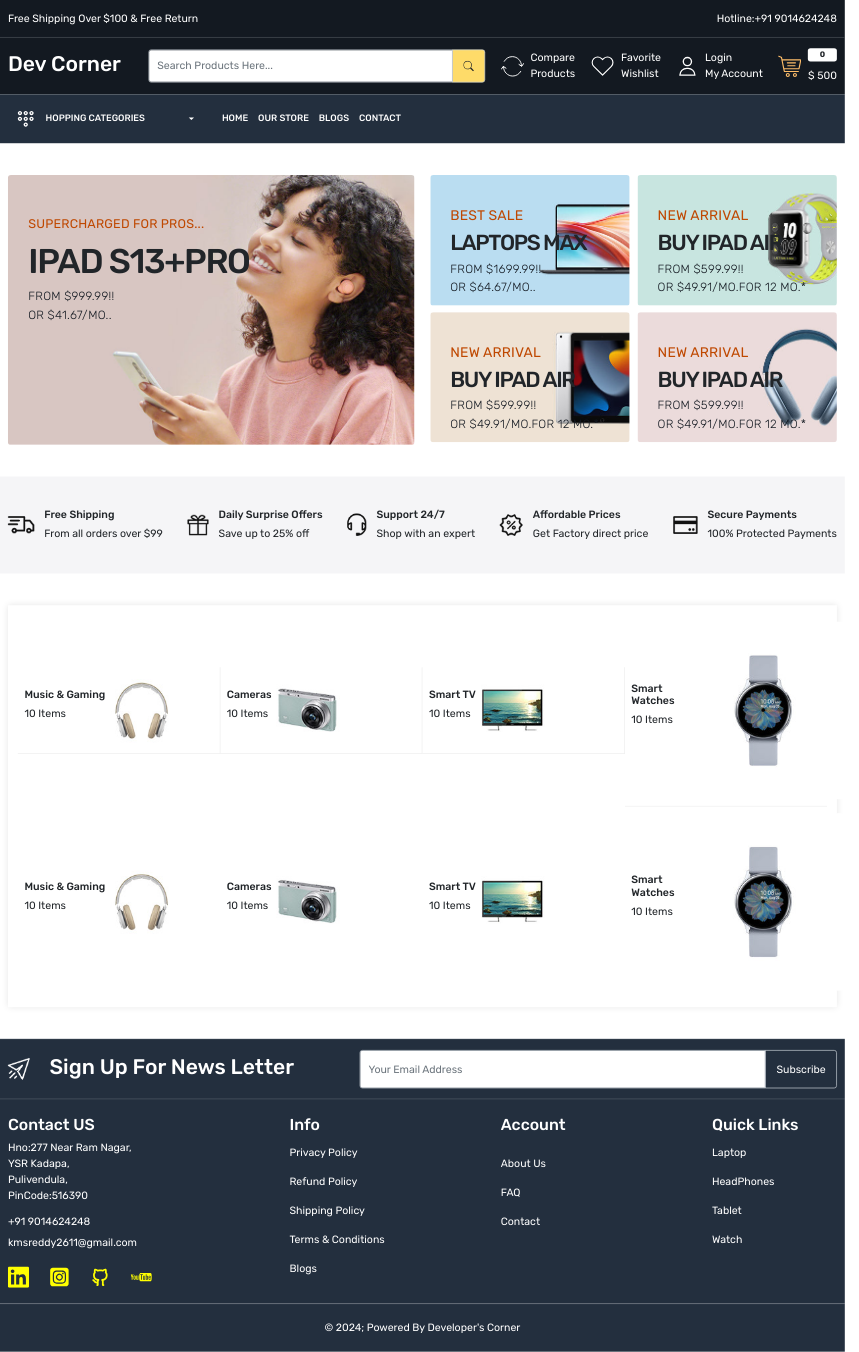
Repository: maniheist/ecommerce-app
Page: /
The author's editor kept a copy of each file at every save. The page is drawn from the files as they stood at one save, then again after the next save.
The browser window is 1280 px wide. The page is 1291 px wide, then 1301 px, so the pictures cover 1301 px, including what lies to the right of the window. The pictures show the whole page, at 66% of full size.
The project was rebuilt for these pictures with package versions that can differ from the ones it lists, and the page was loaded fresh each time. Also part of the build but not shown: src/pages/About.js, src/pages/Contact.js.

Above is the page before, as saved 2024-02-18 21:13:23.

### public/index.html
<!DOCTYPE html>
<html lang="en">
  <head>
    <meta charset="utf-8" />
    <link rel="icon" href="%PUBLIC_URL%/favicon.ico" />
    <meta name="viewport" content="width=device-width, initial-scale=1" />
    <meta name="theme-color" content="#000000" />
    <meta
      name="description"
      content="Web site created using create-react-app"
    />
    <link rel="apple-touch-icon" href="%PUBLIC_URL%/logo192.png" />

    <link rel="preconnect" href="https://fonts.googleapis.com" />
    <link rel="preconnect" href="https://fonts.gstatic.com" crossorigin />
    <link
      href="https://fonts.googleapis.com/css2?family=Rubik:ital,wght@0,300..900;1,300..900&display=swap"
      rel="stylesheet"
    />
    <link
      href="https://cdn.jsdelivr.net/npm/bootstrap@5.0.2/dist/css/bootstrap.min.css"
      rel="stylesheet"
      integrity="sha384-EVSTQN3/azprG1Anm3QDgpJLIm9Nao0Yz1ztcQTwFspd3yD65VohhpuuCOmLASjC"
      crossorigin="anonymous"
    />
    <link rel="manifest" href="%PUBLIC_URL%/manifest.json" />

    <title>React Redux App</title>
  </head>
  <body>
    <noscript>You need to enable JavaScript to run this app.</noscript>
    <div id="root"></div>
    <script
      src="https://cdn.jsdelivr.net/npm/bootstrap@5.0.2/dist/js/bootstrap.bundle.min.js"
      integrity="sha384-MrcW6ZMFYlzcLA8Nl+NtUVF0sA7MsXsP1UyJoMp4YLEuNSfAP+JcXn/tWtIaxVXM"
      crossorigin="anonymous"
    ></script>
  </body>
</html>

### src/index.js
import React from 'react';
import { createRoot } from 'react-dom/client';

import App from './App';

const container = document.getElementById('root');
const root = createRoot(container);

root.render(

      <App />

);

### src/App.js
import React from 'react';
import './App.css';
import {BrowserRouter,Routes,Route} from "react-router-dom";
import Layout from "./components/Layout";
import Home from "./pages/Home"
import About from "./pages/About"
import Contact from "./pages/Contact"

function App() {
  return (
    <>
      <BrowserRouter>
        <Routes>
        <Route path="/" element={<Layout />}>
<Route index element={<Home />} />
<Route path="about" element={<About />}/>
<Route path="contact" element={<Contact />}/>


        </Route>

        </Routes>
      </BrowserRouter>
    </>

  );
}

export default App;

### src/App.css
*{
  margin:0;
  padding:0;
  box-sizing:border-box;
}
:root{
  --color-131921:#131921;
  --color-3b4149:#3b4149;
--color-febd69:#fedb69;
--color-232f3e:#232f3e;
--color-bf4800:#bf4800;
--color-f5f5f7:#f5f5f7;
--color-ededed:#ededed;

}

.button{
  background-color:var(--color-232f3e) ;
  color: white;
  padding: 13px 33px;
  font-size: 14px;
  border-radius: 15px;
}
.button:hover{
  background-color: var(--color-febd69);
  color:#131921
}
body {
  font-family:"Rubik", sans-serif;
}
a {
  text-decoration:none;
  display:inline-block;
}

.form-control:focus{
  box-shadow:none;
  border-color: inherit;
}

/*header part*/
.header-top-strip{
  border-bottom: 1px solid var(--color-3b4149);
  background-color:var(--color-131921) ;
}

.header-upper{
  background-color: var(--color-131921);
}

.header-bottom{
  background-color: var(--color-232f3e);
}

.header-upper .input-group-text{
  background-color: var(--color-febd69);
}

.header-upper.header-upper-links img{
  width:35px;
  height: 35px;
}

.gap-10{
  gap: 10px;
}

.gap-15{
  gap: 15px;
}

.gap-30{
  gap: 30px;
}
.header-bottom .menu-links a,
.header-bottom .dropdown button
{
  color: white;
  font-size: 14px;
  line-height: 18px;
  font-weight: 480;
  letter-spacing:0.3;
  text-transform: uppercase;
}

.header-bottom .dropdown button:focus{
  box-shadow: none;
}

.header-bottom .dropdown-menu{
  background-color: var(--color-131921);
  width:100%;
  transform: translate3d(0px,57px,0px) !important;
}

.header-bottom .dropdown-item{
  padding:20px;
  margin-bottom: 3px;
  border-bottom: 1px solid var(--color-3b4149)
  ;

}
.header-bottom .dropdown-item:hover{
  background-color: transparent;
  color: var(--color-febd69) !important;
}
/*header part end */


/*footer part  */

footer{
  background-color: var(--color-232f3e);
}



footer:not(:first-child){
  border-top:1px solid rgba(255,255,255,0.1);

}

footer .input-group-text{
  background-color: var(--color-232f3e);
  color:white;
  padding:8px 17px;
}
/* footer part end */

/*Home page*/

.main-banner-content{
  top:15%;
  left:5%;
}

.main-banner-content h4{

  font-size: 19px;
  font-weight: 400;
  line-height: 24px;
  color:var(--color-bf4800);
  margin: 0 0 12px;
  letter-spacing: 0.3px;
  text-transform: uppercase;

}

.main-banner-content h5{
  font-size: 52px;
  font-weight: 500;
  line-height: 64px;
  letter-spacing: -2px;
  text-transform: none;

}

.main-banner-content p{
  font-size: 18px;
  line-height: 28px;
  letter-spacing: 0.4px;
  font-weight: 100;
  color: var(--color-131921);
}


.small-banner-content{
  top:25%;
  left:10%;
}

.small-banner-content h4{

  font-size: 21px;
  font-weight: 400;
  line-height: 24px;
  color:var(--color-bf4800);
  margin: 0 0 12px;
  letter-spacing: 0.3px;
  text-transform: uppercase;
}
.small-banner-content h5{
  font-size: 33px;
  font-weight: 500;
  line-height: 34px;
  letter-spacing: -2px;
  text-transform: none;

}

.small-banner-content p{
  font-size: 18px;
  line-height: 28px;
  letter-spacing: 0.4px;
  font-weight: 100;
  color: var(--color-131921);
}

.small-banner{
  width: 49%;

}


/* Home wrapper 2 */

.home-wrapper-2{
  background-color: var(--color-f5f5f7);

}

/* Home wrapper 2 ends */

/* categories section */

.categories{
  background-color: white;
  box-shadow: 0 0 10px #0000001a;
  padding: 15px;
}

.categories > div{
  width:25%;
  padding: 10px 20px 10px 10px;
}

.categories > div:nth-child(1),
.categories > div:nth-child(2),
.categories > div:nth-child(3),
.categories > div:nth-child(4){
  border-bottom: 1px solid var(--color-ededed) ;
}

.categories > div:nth-child(1),
.categories > div:nth-child(2),
.categories > div:nth-child(3){
  border-right: 1px solid var(--color-ededed) ;
}
/* categories end */

/* Home Page End */

### src/components/Layout.js
import React from 'react'
import {Outlet} from "react-router-dom";
import Header from "./Header";
import Footer from "./Footer";
const Layout = () => {
  return (
    <>
            <Header />
            <Outlet />
            <Footer />

    </>
  )
}

export default Layout

### src/pages/Home.js
import React from 'react'
import {Link} from 'react-router-dom';
const Home = () => {
  return <>
    <section className='home-wrapper-1 py-5'>
      <div className='container-xxl'>
      <div className='row'>
        <div className='col-6'>
          <div className='main-banner position-relative'>
            <img src='images/main-banner-1.jpg' className='img-fluid rounded-3' alt='main banner' />
            <div className='main-banner-content position-absolute'>
              <h4>SUPERCHARGED FOR PROS...</h4>
              <h5>IPAD S13+PRO</h5>
              <p>FROM $999.99!! <br /> OR $41.67/MO..</p>
            </div>


          </div>
        </div>
        <div className='col-6'>
          <div className='d-flex flex-wrap gap-10 justify-content-between align-items-center'>
             <div className='small-banner position-relative'>
            <img src='images/catbanner-01.jpg' className='img-fluid rounded-3' alt='small banner' />
            <div className='small-banner-content position-absolute'>
              <h4>BEST SALE</h4>
              <h5>LAPTOPS MAX</h5>
              <p>FROM $1699.99!!<br />OR $64.67/MO..</p>
            </div>

          </div>



          <div className='small-banner position-relative'>
            <img src='images/catbanner-02.jpg' className='img-fluid rounded-3' alt='small banner' />
            <div className='small-banner-content position-absolute'>
              <h4>NEW ARRIVAL</h4>
              <h5>BUY IPAD AIR</h5>
              <p>FROM $599.99!!<br />OR $49.91/MO.FOR 12 MO.*</p>
            </div>

          </div>
          <div className='small-banner position-relative'>
            <img src='images/catbanner-03.jpg' className='img-fluid rounded-3' alt='small banner' />
            <div className='small-banner-content position-absolute'>
              <h4>NEW ARRIVAL</h4>
              <h5>BUY IPAD AIR</h5>
              <p>FROM $599.99!!<br />OR $49.91/MO.FOR 12 MO.*</p>
            </div>

          </div>
          <div className='small-banner position-relative'>
            <img src='images/catbanner-04.jpg' className='img-fluid rounded-3' alt='small banner' />
            <div className='small-banner-content position-absolute'>
              <h4>NEW ARRIVAL</h4>
              <h5>BUY IPAD AIR</h5>
              <p>FROM $599.99!!<br />OR $49.91/MO.FOR 12 MO.*</p>
            </div>

          </div>
          </div>
          </div>
        </div>
      </div>
    </section>

    <section className='home-wrapper-2 py-5'>
      <div className='container-xxl'>
        <div className='row'>
          <div className='col-12'>
            <div className='services d-flex align-items-center justify-content-between'>
            <div className='d-flex align-items-center gap-15'><img src="images/service.png" alt="services" />
            <div>
            <h6>Free Shipping</h6>
            <p className='mb-0'>From all orders over $99</p>
            </div>
            </div>
            <div className='d-flex align-items-center gap-15'><img src="images/service-02.png" alt="services" />
            <div>
            <h6>Daily Surprise Offers</h6>
            <p className='mb-0'>Save up to 25% off</p>
            </div>
            </div>
            <div className='d-flex align-items-center gap-15'><img src="images/service-03.png" alt="services" />
            <div>
            <h6>Support 24/7</h6>
            <p className='mb-0'>Shop with an expert</p>
            </div>
            </div>
            <div className='d-flex align-items-center gap-15'><img src="images/service-04.png" alt="services" />
            <div>
            <h6>Affordable Prices</h6>
            <p className='mb-0'>Get Factory direct price</p>
            </div>
            </div>
            <div className='d-flex align-items-center gap-15'><img src="images/service-05.png" alt="services" />
            <div>
            <h6>Secure Payments</h6>
            <p className='mb-0'>100% Protected Payments</p>
            </div>
            </div>

            </div>
          </div>
        </div>
      </div>
    </section>

    <section className='hame-wrapper-2 py-5'>
      <div className='container-xxl'>
        <div className='row'>
          <div className='col-12'>
          <div className='categories d-flex justify-content-between flex-wrap align-items-center'>
          <div className='d-flex gap align-items-center'>
            <div >
              <h6>Music & Gaming</h6>
              <p>10 Items</p>
            </div>
            <img src='images/headphone.jpg' alt='camera'/>

          </div>
          <div className='d-flex gap align-items-center'>
            <div >
              <h6>Cameras</h6>
              <p>10 Items</p>
            </div>
            <img src='images/camera.jpg' alt='camera'/>

          </div>
          <div className='d-flex gap align-items-center'>
            <div >
              <h6>Smart TV</h6>
              <p>10 Items</p>
            </div>
            <img src='images/tv.jpg' alt='camera'/>

          </div>
          <div className='d-flex gap align-items-center'>
            <div >
              <h6>Smart Watches</h6>
              <p>10 Items</p>
            </div>
            <img src='images/watch.jpg' alt='camera'/>

          </div>

            <div className='d-flex gap align-items-center'>
            <div >
              <h6>Music & Gaming</h6>
              <p>10 Items</p>
            </div>
            <img src='images/headphone.jpg' alt='camera'/>

          </div>
          <div className='d-flex gap align-items-center'>
            <div >
              <h6>Cameras</h6>
              <p>10 Items</p>
            </div>
            <img src='images/camera.jpg' alt='camera'/>

          </div>
          <div className='d-flex gap align-items-center'>
            <div >
              <h6>Smart TV</h6>
              <p>10 Items</p>
            </div>
            <img src='images/tv.jpg' alt='camera'/>

          </div>
          <div className='d-flex gap align-items-center'>
            <div >
              <h6>Smart Watches</h6>
              <p>10 Items</p>
            </div>
            <img src='images/watch.jpg' alt='camera'/>

          </div>

          </div>

          </div>
        </div>
      </div>
    </section>
  </>
}

export default Home

### src/components/Header.js
import React from 'react'
import {NavLink,Link} from "react-router-dom"
import {BsSearch} from "react-icons/bs"
const Header = () => {
  return <>
  <header className='header-top-strip py-3'>
    <div className='container-xxl'>
      <div className='row'>
        <div className='col-6'>
          <p className='text-white mb-0'>Free Shipping Over $100 & Free Return</p>
        </div>
        <div className='col-6'>
          <p className='text-end text-white mb-0'>
            Hotline:
            <a className='text-white' href='tel:+9014624248'>+91 9014624248</a>
          </p>
        </div>
      </div>
    </div>
  </header>
  <header className='header-upper py-3'>
    <div className='container-xxl'>
      <div className='row align-items-center'>
        <div className='col-2'>
          <h2><Link className='text-white'>
            Dev Corner
          </Link></h2>
        </div>
        <div className='col-5'>
          <div className="input-group">
  <input type="text" className="form-control py-2" placeholder="Search Products Here..." aria-label="Search Products Here..." aria-describedby="basic-addon2"/>
  <span className="input-group-text p-3" id="basic-addon2"><BsSearch className='fs-6' /></span>
</div>
        </div>
        <div className='col-5'>
          <div className='header-upper-links d-flex align-items-center justify-content-between'>
            <div>
              <Link className='d-flex align-items-center gap-10 text-white'>
              <img src="/images/compare.svg" alt='compare' />
                <p className='mb-0'>Compare <br /> Products</p>
              </Link>
            </div>
            <div>
              <Link className='d-flex align-items-center gap-10 text-white'>
              <img src="/images/wishlist.svg" alt='wishlist' />
                <p className='mb-0'>Favorite <br /> Wishlist</p>
              </Link>
            </div>
            <div>
              <Link className='d-flex align-items-center gap-10 text-white'>
              <img src="/images/user.svg" alt='user' />
                <p className='mb-0'>Login <br /> My Account</p>
              </Link>
            </div>
            <div>
              <Link className='d-flex align-items-center gap-10 text-white'>
            <img src="/images/cart.svg" alt='cart' />
                <div className='d-flex flex-column gap-10'>
                <span className='badge bg-white text-dark'>0</span>
                <p className='mb-0'>$ 500</p>

                </div>
              </Link>
            </div>
          </div>
        </div>
      </div>
    </div>
  </header>
<header className='header-bottom py-3'>
  <div className='container-xxl'>
    <div className='row'>
      <div className='col-12'>
        <div className='menu-bottom d-flex align-items-center gap-30'>
        <div>
          <div className="dropdown">
  <button className="btn btn-secondary dropdown-toggle bg-transparent border-0 gap-15 d-flex align-items-center" type="button" id="dropdownMenuButton1" data-bs-toggle="dropdown" aria-expanded="false">
    <img src="images/menu.svg" alt=""/><span className='me-5 d-inline-blocto'>hopping Categories</span>
  </button>
  <ul className="dropdown-menu" aria-labelledby="dropdownMenuButton1">
    <li><to className="dropdown-item text-white" to="">Pants</to></li>
    <li><to className="dropdown-item text-white" to="">Shirts</to></li>
    <li><to className="dropdown-item text-white" to="">Shorts</to></li>
  </ul>
</div>
        </div>
        <div className='menu-links'>
          <div className='d-flex align-items-center gap-15'>
            <NavLink className='text-white' to="/">Home</NavLink>
            <NavLink className='text-white' to="/">Our Store</NavLink>
            <NavLink className='text-white' to="/">Blogs</NavLink>
            <NavLink className='text-white' to="/contact">Contact</NavLink>
          </div>
        </div>

        </div>
      </div>
    </div>
  </div>
</header>


  </>
}

export default Header

### src/components/Footer.js

import React from 'react'
import { SiLinkedin } from "react-icons/si";
import { RiGithubLine } from "react-icons/ri";
import { ImYoutube2 } from "react-icons/im";
import { FaSquareInstagram } from "react-icons/fa6";
import {Link} from 'react-router-dom';
const Footer = () => {
  return <>
    <footer className='py-3'>
        <div className='container-xxl'>
            <div className='row align-items-center'>
                <div className='col-5'>
                    <div className='footer-top-data d-flex gap-30 align-items-center'>
                        <img src="images/newsletter.png" alt="newsletter" />
                        <h2 className='text-white'>Sign Up For News Letter</h2>
                    </div>
                </div>
                <div className='col-7'>
                    <div className="input-group">
  <input type="text" className="form-control py-1" placeholder="Your Email Address" aria-label="Your Email Address..." aria-describedby="basic-addon2"/>
  <span className="input-group-text p-3" id="basic-addon2">Subscribe</span>
</div>
                </div>
            </div>
        </div>
    </footer>
    <footer className='py-4'>
        <div className='container-xxl'>
            <div className="row">
                <div className='col-4'>
                <h4 className="text-white">Contact US</h4>
                <div>
                    <address className='text-white fs-6'>Hno:277 Near Ram Nagar,
                    <br />YSR Kadapa, <br />Pulivendula,<br />PinCode:516390</address>

                    <a href='tel:+91 9014624248' className='mt-3 d-block mb-1 text-white'>+91 9014624248</a>
                    <a href='mailto:kmsreddy2611@gmail.com' className='mt-2 d-block mb-0 text-white'>kmsreddy2611@gmail.com</a>
                    <div className='social_icons d-flex align-items-center gap-30 mt-4'>
                    <a className="text-white" href=''>
                    <SiLinkedin className='fs-2' color="yellow"/>
                    </a>
                    <a className="text-white" href=''>
                    <FaSquareInstagram className='fs-2' color='yellow'/>
                    </a>

                    <a className="text-white" href=''>
                    <RiGithubLine className='fs-2' color='yellow'/>

                    </a>
                    <a className="text-white" href=''>
                    <ImYoutube2  className='fs-2' color="yellow"/>
                    </a>

                    </div>

                </div>
                </div>
                <div className='col-3'>
                <h4 className="text-white md-4">Info</h4>
                <div className='footer-links d-flex flex-column'>
                    <Link className="text-white py-2 mb-1">Privacy Policy</Link>
                    <Link className="text-white py-2 mb-1">Refund Policy</Link>
                    <Link className="text-white py-2 mb-1">Shipping Policy</Link>
                    <Link className="text-white py-2 mb-1">Terms & Conditions</Link>
                    <Link className="text-white py-2 mb-1">Blogs</Link>
                </div>
                </div>
                <div className='col-3'>
                <h4 className="text-white mb-4">Account</h4>
                <div className='footer-links d-flex flex-column'>
                    <Link className="text-white py-2 mb-1">About Us</Link>
                    <Link className="text-white py-2 mb-1">FAQ</Link>
                    <Link className="text-white py-2 mb-1">Contact</Link>
                </div>
                </div>
                <div className='col-2'>
                <h4 className="text-white">Quick Links</h4>
                <div className='footer-links d-flex flex-column'>
                    <Link className="text-white py-2 mb-1">Laptop</Link>
                    <Link className="text-white py-2 mb-1">HeadPhones</Link>
                    <Link className="text-white py-2 mb-1">Tablet</Link>
                    <Link className="text-white py-2 mb-1">Watch</Link>
                </div>
                </div>
            </div>
        </div>
    </footer>
    <footer className='py-4'>
        <div className='container-xxl'>
            <div className='row'>
                <div className='col-12'>
                <p className='text-center mb-0 text-white'>&copy; { new Date().getFullYear()}; Powered By Developer's Corner</p>

                </div>
            </div>
        </div>
    </footer>
  </>


}

export default Footer

After the next save:
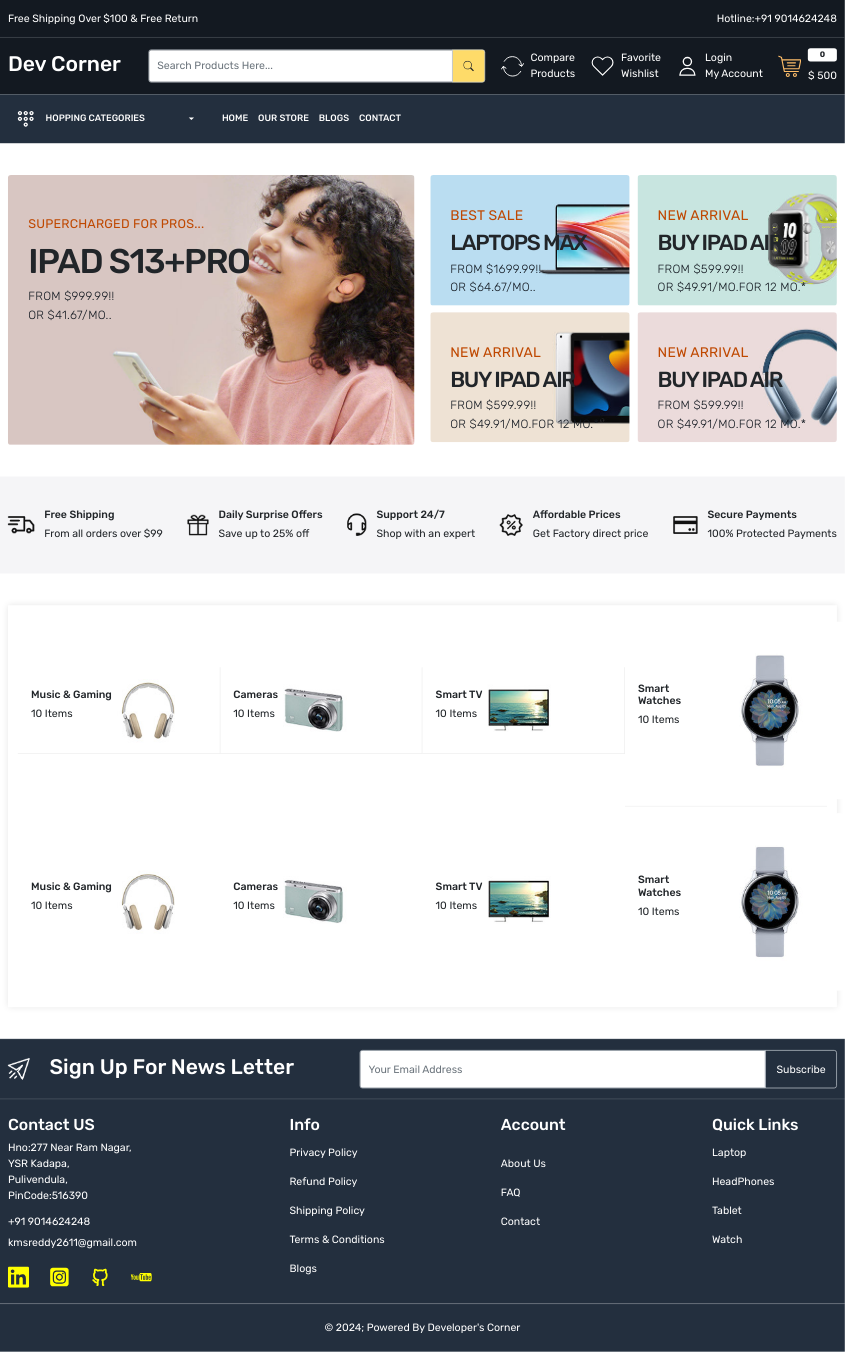
Saved 19 s later.
--- a/src/App.css
+++ b/src/App.css
@@ -221,7 +221,7 @@
 
 .categories > div{
   width:25%;
-  padding: 10px 20px 10px 10px;
+  padding: 10px 10px 10px 20px;
 }
 
 .categories > div:nth-child(1),
